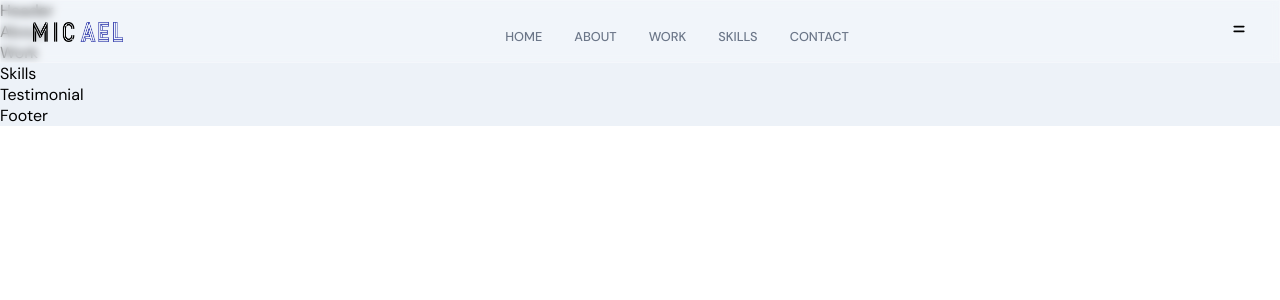
Repository: 61ZM07H36R3ML1N/Portfolio-JS
Page: / (app in frontend_react/), after clicking the first element matching `svg`
An editor plug-in stored every save of this project. The page is shown before and after the next save, followed by the edit.
The browser window is 1280 px wide. The pictures show the whole page.
The project was rebuilt for these pictures with package versions that can differ from the ones it lists, and the page was loaded fresh each time. Also part of the build but not shown: frontend_react/src/container/About/About.scss, frontend_react/src/container/Header/Header.scss, frontend_react/src/container/Skills/Skills.scss, frontend_react/src/container/Work/Work.scss.

Above is the page before, as saved 2022-10-10 19:51:32.

After the next save:
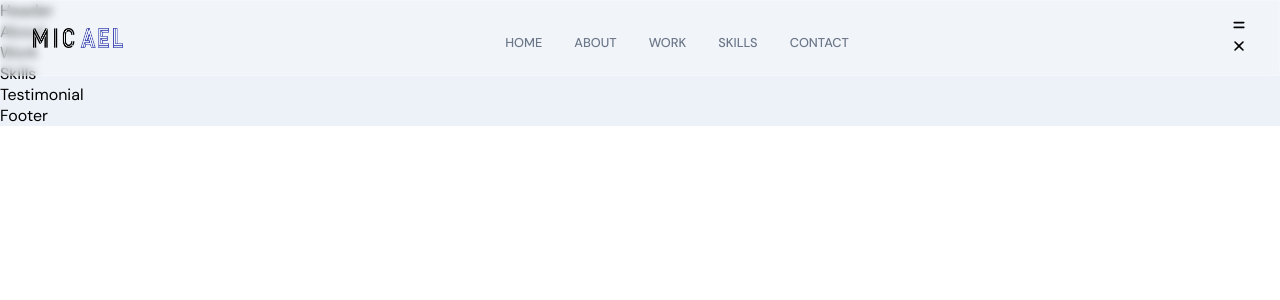
Saved 3 min 4 s later.
--- a/frontend_react/src/components/Navbar/Navbar.jsx
+++ b/frontend_react/src/components/Navbar/Navbar.jsx
@@ -29,7 +29,9 @@ const Navbar = () => {
           <motion.div
             whileInView={{ x: [300, 0] }}
             transition={{ duration: 0.85, ease: 'easeOut' }}
-          ></motion.div>
+          >
+            <HiX onClick={() => setToggle(false)} />
+          </motion.div>
         )}
       </div>
     </nav>
